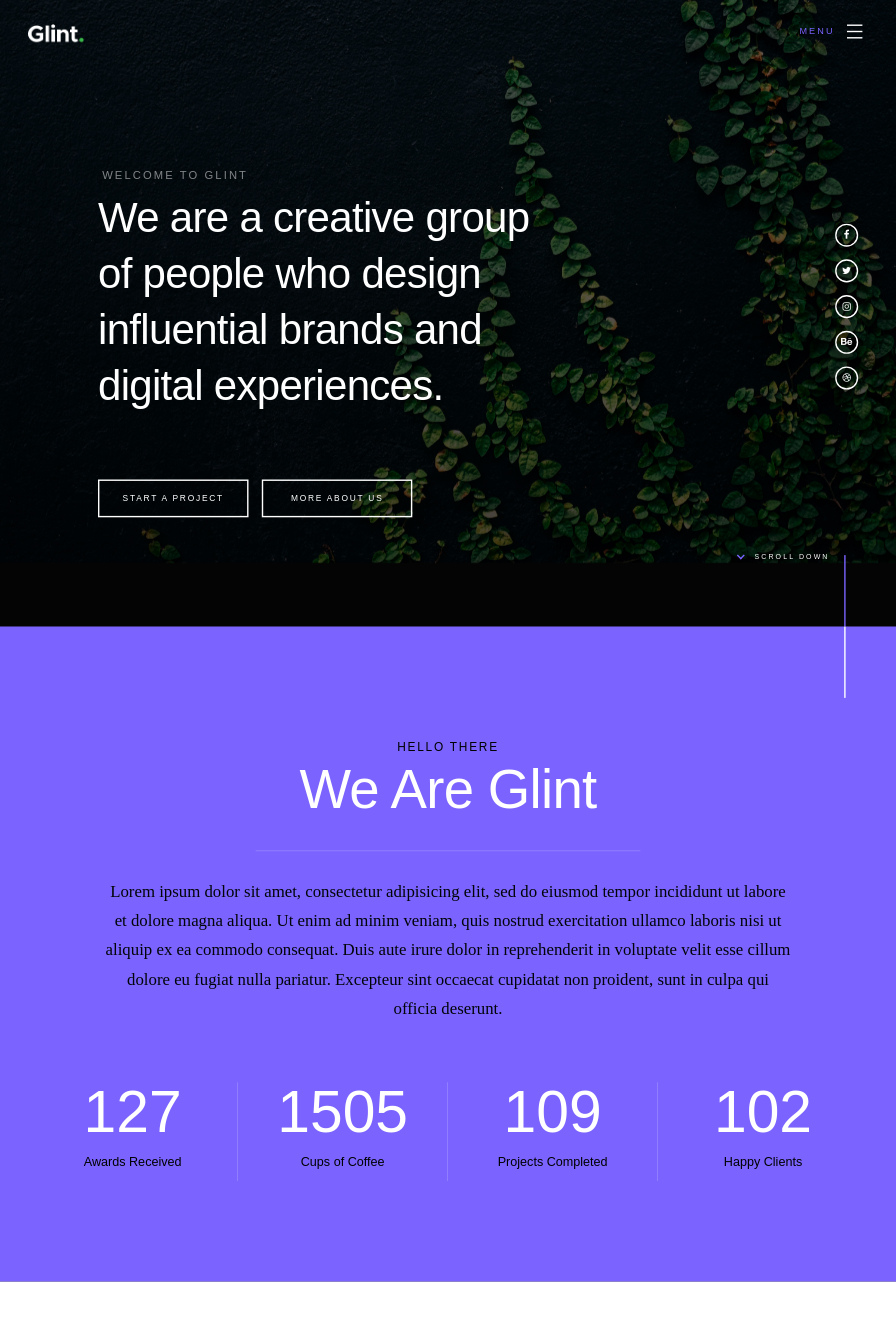
Repository: ahsankalim09/light-Agency
Page: index-2.html
The author's editor kept a copy of each file at every save. The page is drawn from the files as they stood at one save, then again after the next save.
The browser window is 1280 px wide. The pictures show the part of the page from y = 0 to 1920 px (the page is 8556 px tall), at 70% of full size.
Some web fonts or font styles are not loaded; a fallback is used.

Above is the page before, as saved 2020-12-27 21:21:18.

### index-2.html
<!DOCTYPE html>
<!--[if lt IE 9 ]><html class="no-js oldie" lang="en"> <![endif]-->
<!--[if IE 9 ]><html class="no-js oldie ie9" lang="en"> <![endif]-->
<!--[if (gte IE 9)|!(IE)]><!-->
<html class="no-js" lang="en">
<!--<![endif]-->

<!-- Mirrored from preview.colorlib.com/theme/glint/index.html by HTTrack Website Copier/3.x [XR&CO'2014], Sun, 27 Dec 2020 13:02:06 GMT -->
<head>

<meta charset="utf-8">
<title>Glint</title>
<meta name="description" content="">
<meta name="author" content="">

<meta name="viewport" content="width=device-width, initial-scale=1">

<link rel="stylesheet" href="css/base.css">
<link rel="stylesheet" href="css/vendor.css">
<link rel="stylesheet" href="css/main.css">

<script src="js/modernizr.js"></script>
<script src="js/pace.min.js"></script>

<link rel="shortcut icon" href="favicon.ico" type="image/x-icon">
<link rel="icon" href="favicon.ico" type="image/x-icon">
</head>
<body id="top">

<header class="s-header">
<div class="header-logo">
<a class="site-logo" href="index-2.html">
<img src="images/logo.png" alt="Homepage">
</a>
</div>
<nav class="header-nav">
<a href="#0" class="header-nav__close" title="close"><span>Close</span></a>
<div class="header-nav__content">
<h3>Navigation</h3>
<ul class="header-nav__list">
<li class="current"><a class="smoothscroll" href="#home" title="home">Home</a></li>
<li><a class="smoothscroll" href="#about" title="about">About</a></li>
<li><a class="smoothscroll" href="#services" title="services">Services</a></li>
<!-- <li><a class="smoothscroll" href="#works" title="works">Works</a></li> -->
<li><a class="smoothscroll" href="#clients" title="clients">Technologies</a></li>
<li><a class="smoothscroll" href="#contact" title="contact">Contact</a></li>
</ul>
<!-- <p>Perspiciatis hic praesentium nesciunt. Et neque a dolorum <a href='#0'>voluptatem</a> porro iusto sequi veritatis libero enim. Iusto id suscipit veritatis neque reprehenderit.</p> -->
<ul class="header-nav__social">
<li>
<a href="#"><i class="fa fa-facebook"></i></a>
</li>
<li>
<a href="#"><i class="fa fa-twitter"></i></a>
</li>
<li>
<a href="#"><i class="fa fa-instagram"></i></a>
</li>
<li>
<a href="#"><i class="fa fa-behance"></i></a>
</li>
<li>
<a href="#"><i class="fa fa-dribbble"></i></a>
</li>
</ul>
</div>
</nav>
<a class="header-menu-toggle" href="#0">
<span class="header-menu-text">Menu</span>
<span class="header-menu-icon"></span>
</a>
</header>

<section id="home" class="s-home target-section" data-parallax="scroll" data-image-src="images/hero-bg.jpg" data-natural-width=3000 data-natural-height=2000 data-position-y=center>
<div class="overlay"></div>
<div class="shadow-overlay"></div>
<div class="home-content">
<div class="row home-content__main">
<h3>Welcome to Glint</h3>
<h1>
We are a creative group <br>
of people who design <br>
influential brands and <br>
digital experiences.
</h1>
<div class="home-content__buttons">
<a href="#contact" class="smoothscroll btn btn--stroke">
Start a Project
</a>
<a href="#about" class="smoothscroll btn btn--stroke">
More About Us
</a>
</div>
</div>
<div class="home-content__scroll">
<a href="#about" class="scroll-link smoothscroll">
<span>Scroll Down</span>
</a>
</div>
<div class="home-content__line"></div>
</div>
<ul class="home-social">
<li>
<a href="#0"><i class="fa fa-facebook" aria-hidden="true"></i><span>Facebook</span></a>
</li>
<li>
<a href="#0"><i class="fa fa-twitter" aria-hidden="true"></i><span>Twiiter</span></a>
</li>
<li>
<a href="#0"><i class="fa fa-instagram" aria-hidden="true"></i><span>Instagram</span></a>
</li>
<li>
<a href="#0"><i class="fa fa-behance" aria-hidden="true"></i><span>Behance</span></a>
</li>
<li>
<a href="#0"><i class="fa fa-dribbble" aria-hidden="true"></i><span>Dribbble</span></a>
</li>
</ul>

</section>

<section id='about' class="s-about">
<div class="row section-header has-bottom-sep" data-aos="fade-up">
<div class="col-full">
<h3 class="subhead subhead--dark">Hello There</h3>
<h1 class="display-1 display-1--light">We Are Glint</h1>
</div>
</div>
<div class="row about-desc" data-aos="fade-up">
<div class="col-full">
<p>
Lorem ipsum dolor sit amet, consectetur adipisicing elit, sed do eiusmod tempor incididunt ut labore et dolore magna aliqua. Ut enim ad minim veniam, quis nostrud exercitation ullamco laboris nisi ut aliquip ex ea commodo consequat. Duis aute irure dolor in reprehenderit in voluptate velit esse cillum dolore eu fugiat nulla pariatur. Excepteur sint occaecat cupidatat non proident, sunt in culpa qui officia deserunt.
</p>
</div>
</div>
<div class="row about-stats stats block-1-4 block-m-1-2 block-mob-full" data-aos="fade-up">
<div class="col-block stats__col ">
<div class="stats__count">127</div>
<h5>Awards Received</h5>
</div>
<div class="col-block stats__col">
<div class="stats__count">1505</div>
<h5>Cups of Coffee</h5>
</div>
<div class="col-block stats__col">
<div class="stats__count">109</div>
<h5>Projects Completed</h5>
</div>
<div class="col-block stats__col">
<div class="stats__count">102</div>
<h5>Happy Clients</h5>
</div>
</div>
<div class="about__line"></div>
</section>

<section id='services' class="s-services">
<div class="row section-header has-bottom-sep" data-aos="fade-up">
<div class="col-full">
<h3 class="subhead">What We Do</h3>
<h1 class="display-2">We’ve got everything you need to launch and grow your business</h1>
</div>
</div>
<div class="row services-list block-1-2 block-tab-full">
<div class="col-block service-item" data-aos="fade-up">
<div class="service-icon">
<i class="icon-paint-brush"></i>
</div>
<div class="service-text">
<h3 class="h2">Brand Identity</h3>
<p>Nemo cupiditate ab quibusdam quaerat impedit magni. Earum suscipit ipsum laudantium.
Quo delectus est. Maiores voluptas ab sit natus veritatis ut. Debitis nulla cumque veritatis.
Sunt suscipit voluptas ipsa in tempora esse soluta sint.
</p>
</div>
</div>
<div class="col-block service-item" data-aos="fade-up">
<div class="service-icon">
<i class="icon-group"></i>
</div>
<div class="service-text">
<h3 class="h2">Illustration</h3>
<p>Nemo cupiditate ab quibusdam quaerat impedit magni. Earum suscipit ipsum laudantium.
Quo delectus est. Maiores voluptas ab sit natus veritatis ut. Debitis nulla cumque veritatis.
Sunt suscipit voluptas ipsa in tempora esse soluta sint.
</p>
</div>
</div>
<div class="col-block service-item" data-aos="fade-up">
<div class="service-icon">
<i class="icon-megaphone"></i>
</div>
<div class="service-text">
<h3 class="h2">Marketing</h3>
<p>Nemo cupiditate ab quibusdam quaerat impedit magni. Earum suscipit ipsum laudantium.
Quo delectus est. Maiores voluptas ab sit natus veritatis ut. Debitis nulla cumque veritatis.
Sunt suscipit voluptas ipsa in tempora esse soluta sint.
</p>
</div>
</div>
<div class="col-block service-item" data-aos="fade-up">
<div class="service-icon">
<i class="icon-earth"></i>
</div>
<div class="service-text">
<h3 class="h2">Web Design</h3>
<p>Nemo cupiditate ab quibusdam quaerat impedit magni. Earum suscipit ipsum laudantium.
Quo delectus est. Maiores voluptas ab sit natus veritatis ut. Debitis nulla cumque veritatis.
Sunt suscipit voluptas ipsa in tempora esse soluta sint.
</p>
</div>
</div>
<div class="col-block service-item" data-aos="fade-up">
<div class="service-icon">
<i class="icon-cube"></i>
</div>
<div class="service-text">
<h3 class="h2">Packaging Design</h3>
<p>Nemo cupiditate ab quibusdam quaerat impedit magni. Earum suscipit ipsum laudantium.
Quo delectus est. Maiores voluptas ab sit natus veritatis ut. Debitis nulla cumque veritatis.
Sunt suscipit voluptas ipsa in tempora esse soluta sint.
</p>
</div>
</div>
<div class="col-block service-item" data-aos="fade-up">
<div class="service-icon"><i class="icon-lego-block"></i></div>
<div class="service-text">
<h3 class="h2">Web Development</h3>
<p>Nemo cupiditate ab quibusdam quaerat impedit magni. Earum suscipit ipsum laudantium.
Quo delectus est. Maiores voluptas ab sit natus veritatis ut. Debitis nulla cumque veritatis.
Sunt suscipit voluptas ipsa in tempora esse soluta sint.
</p>
</div>
</div>
</div>
</section>

<section id='works' class="s-works">
<div class="intro-wrap">
<div class="row section-header has-bottom-sep light-sep" data-aos="fade-up">
<div class="col-full">
<h3 class="subhead">Recent Works</h3>
<h1 class="display-2 display-2--light">We love what we do, check out some of our latest works</h1>
</div>
</div>
</div>
<div class="row works-content">
<div class="col-full masonry-wrap">
<div class="masonry">
<div class="masonry__brick" data-aos="fade-up">
<div class="item-folio">
<div class="item-folio__thumb">
<a href="images/portfolio/gallery/g-shutterbug.jpg" class="thumb-link" title="Shutterbug" data-size="1050x700">
<img src="images/portfolio/lady-shutterbug.jpg" srcset="images/portfolio/lady-shutterbug.jpg 1x, images/portfolio/lady-shutterbug@2x.jpg 2x" alt="">
</a>
</div>
<div class="item-folio__text">
<h3 class="item-folio__title">
Shutterbug
</h3>
<p class="item-folio__cat">
Branding
</p>
</div>
<a href="https://www.behance.net/" class="item-folio__project-link" title="Project link">
<i class="icon-link"></i>
</a>
<div class="item-folio__caption">
<p>Vero molestiae sed aut natus excepturi. Et tempora numquam. Temporibus iusto quo.Unde dolorem corrupti neque nisi.</p>
</div>
</div>
</div>
<div class="masonry__brick" data-aos="fade-up">
<div class="item-folio">
<div class="item-folio__thumb">
<a href="images/portfolio/gallery/g-woodcraft.jpg" class="thumb-link" title="Woodcraft" data-size="1050x700">
<img src="images/portfolio/woodcraft.jpg" srcset="images/portfolio/woodcraft.jpg 1x, images/portfolio/woodcraft@2x.jpg 2x" alt="">
</a>
</div>
<div class="item-folio__text">
<h3 class="item-folio__title">
Woodcraft
</h3>
<p class="item-folio__cat">
Web Design
</p>
</div>
<a href="https://www.behance.net/" class="item-folio__project-link" title="Project link">
<i class="icon-link"></i>
</a>
<div class="item-folio__caption">
<p>Vero molestiae sed aut natus excepturi. Et tempora numquam. Temporibus iusto quo.Unde dolorem corrupti neque nisi.</p>
</div>
</div>
</div>
<div class="masonry__brick" data-aos="fade-up">
<div class="item-folio">
<div class="item-folio__thumb">
<a href="images/portfolio/gallery/g-beetle.jpg" class="thumb-link" title="The Beetle Car" data-size="1050x700">
<img src="images/portfolio/the-beetle.jpg" srcset="images/portfolio/the-beetle.jpg 1x, images/portfolio/the-beetle@2x.jpg 2x" alt="">
</a>
</div>
<div class="item-folio__text">
<h3 class="item-folio__title">
The Beetle
</h3>
<p class="item-folio__cat">
Web Development
</p>
</div>
<a href="https://www.behance.net/" class="item-folio__project-link" title="Project link">
<i class="icon-link"></i>
</a>
<div class="item-folio__caption">
<p>Vero molestiae sed aut natus excepturi. Et tempora numquam. Temporibus iusto quo.Unde dolorem corrupti neque nisi.</p>
</div>
</div>
</div>
<div class="masonry__brick" data-aos="fade-up">
<div class="item-folio">
<div class="item-folio__thumb">
<a href="images/portfolio/gallery/g-grow-green.jpg" class="thumb-link" title="Grow Green" data-size="1050x700">
<img src="images/portfolio/grow-green.jpg" srcset="images/portfolio/grow-green.jpg 1x, images/portfolio/grow-green@2x.jpg 2x" alt="">
</a>
</div>
<div class="item-folio__text">
<h3 class="item-folio__title">
Grow Green
</h3>
<p class="item-folio__cat">
Branding
</p>
</div>
<a href="https://www.behance.net/" class="item-folio__project-link" title="Project link">
<i class="icon-link"></i>
</a>
<div class="item-folio__caption">
<p>Vero molestiae sed aut natus excepturi. Et tempora numquam. Temporibus iusto quo.Unde dolorem corrupti neque nisi.</p>
</div>
</div>
</div>
<div class="masonry__brick" data-aos="fade-up">
<div class="item-folio">
<div class="item-folio__thumb">
<a href="images/portfolio/gallery/g-guitarist.jpg" class="thumb-link" title="Guitarist" data-size="1050x700">
<img src="images/portfolio/guitarist.jpg" srcset="images/portfolio/guitarist.jpg 1x, images/portfolio/guitarist@2x.jpg 2x" alt="">
</a>
</div>
<div class="item-folio__text">
<h3 class="item-folio__title">
Guitarist
</h3>
<p class="item-folio__cat">
Web Design
</p>
</div>
<a href="https://www.behance.net/" class="item-folio__project-link" title="Project link">
<i class="icon-link"></i>
</a>
<div class="item-folio__caption">
<p>Vero molestiae sed aut natus excepturi. Et tempora numquam. Temporibus iusto quo.Unde dolorem corrupti neque nisi.</p>
</div>
</div>
</div>
<div class="masonry__brick" data-aos="fade-up">
<div class="item-folio">
<div class="item-folio__thumb">
<a href="images/portfolio/gallery/g-palmeira.jpg" class="thumb-link" title="Palmeira" data-size="1050x700">
<img src="images/portfolio/palmeira.jpg" srcset="images/portfolio/palmeira.jpg 1x, images/portfolio/palmeira@2x.jpg 2x" alt="">
</a>
</div>
<div class="item-folio__text">
<h3 class="item-folio__title">
Palmeira
</h3>
<p class="item-folio__cat">
Web Design
</p>
</div>
<a href="https://www.behance.net/" class="item-folio__project-link" title="Project link">
<i class="icon-link"></i>
</a>
<div class="item-folio__caption">
<p>Vero molestiae sed aut natus excepturi. Et tempora numquam. Temporibus iusto quo.Unde dolorem corrupti neque nisi.</p>
</div>
</div>
</div>
</div>
</div>
</div>
</section>

<section id="clients" class="s-clients">
<div class="row section-header" data-aos="fade-up">
<div class="col-full">
<h3 class="subhead">Our Clients</h3>
<h1 class="display-2">Glint has been honored to
partner up with these clients</h1>
</div>
</div>
<div class="row clients-outer" data-aos="fade-up">
<div class="col-full">
<div class="clients">
<a href="#0" title="" class="clients__slide"><img src="images/clients/apple.png" /></a>
<a href="#0" title="" class="clients__slide"><img src="images/clients/atom.png" /></a>
<a href="#0" title="" class="clients__slide"><img src="images/clients/blackberry.png" /></a>
<a href="#0" title="" class="clients__slide"><img src="images/clients/dropbox.png" /></a>
<a href="#0" title="" class="clients__slide"><img src="images/clients/envato.png" /></a>
<a href="#0" title="" class="clients__slide"><img src="images/clients/firefox.png" /></a>
<a href="#0" title="" class="clients__slide"><img src="images/clients/joomla.png" /></a>
<a href="#0" title="" class="clients__slide"><img src="images/clients/magento.png" /></a>
</div>
</div>
</div>
<div class="row clients-testimonials" data-aos="fade-up">
<div class="col-full">
<div class="testimonials">
<div class="testimonials__slide">
<p>Qui ipsam temporibus quisquam vel. Maiores eos cumque distinctio nam accusantium ipsum.
Laudantium quia consequatur molestias delectus culpa facere hic dolores aperiam. Accusantium quos qui praesentium corpori.
Excepturi nam cupiditate culpa doloremque deleniti repellat.</p>
<img src="images/avatars/user-01.jpg" alt="Author image" class="testimonials__avatar">
<div class="testimonials__info">
<span class="testimonials__name">Tim Cook</span>
<span class="testimonials__pos">CEO, Apple</span>
</div>
</div>
<div class="testimonials__slide">
<p>Excepturi nam cupiditate culpa doloremque deleniti repellat. Veniam quos repellat voluptas animi adipisci.
Nisi eaque consequatur. Quasi voluptas eius distinctio. Atque eos maxime. Qui ipsam temporibus quisquam vel.</p>
<img src="images/avatars/user-05.jpg" alt="Author image" class="testimonials__avatar">
<div class="testimonials__info">
<span class="testimonials__name">Sundar Pichai</span>
<span class="testimonials__pos">CEO, Google</span>
</div>
</div>
<div class="testimonials__slide">
<p>Repellat dignissimos libero. Qui sed at corrupti expedita voluptas odit. Nihil ea quia nesciunt. Ducimus aut sed ipsam.
Autem eaque officia cum exercitationem sunt voluptatum accusamus. Quasi voluptas eius distinctio.</p>
<img src="images/avatars/user-02.jpg" alt="Author image" class="testimonials__avatar">
<div class="testimonials__info">
<span class="testimonials__name">Satya Nadella</span>
<span class="testimonials__pos">CEO, Microsoft</span>
</div>
</div>
</div>
</div>
</div>
</section>

<section id="contact" class="s-contact">
<div class="overlay"></div>
<div class="contact__line"></div>
<div class="row section-header" data-aos="fade-up">
<div class="col-full">
<h3 class="subhead">Contact Us</h3>
<h1 class="display-2 display-2--light">Reach out for a new project or just say hello</h1>
</div>
</div>
<div class="row contact-content" data-aos="fade-up">
<div class="contact-primary">
<h3 class="h6">Send Us A Message</h3>
<form name="contactForm" id="contactForm" method="post" action="#" novalidate="novalidate">
<fieldset>
<div class="form-field">
<input name="contactName" type="text" id="contactName" placeholder="Your Name" value="" minlength="2" required="" aria-required="true" class="full-width">
</div>
<div class="form-field">
<input name="contactEmail" type="email" id="contactEmail" placeholder="Your Email" value="" required="" aria-required="true" class="full-width">
</div>
<div class="form-field">
<input name="contactSubject" type="text" id="contactSubject" placeholder="Subject" value="" class="full-width">
</div>
<div class="form-field">
<textarea name="contactMessage" id="contactMessage" placeholder="Your Message" rows="10" cols="50" required="" aria-required="true" class="full-width"></textarea>
</div>
<div class="form-field">
<button class="full-width btn--primary">Submit</button>
<div class="submit-loader">
<div class="text-loader">Sending...</div>
<div class="s-loader">
<div class="bounce1"></div>
<div class="bounce2"></div>
<div class="bounce3"></div>
</div>
</div>
 </div>
</fieldset>
</form>

<div class="message-warning">
Something went wrong. Please try again.
</div>

<div class="message-success">
Your message was sent, thank you!<br>
</div>
</div>
<div class="contact-secondary">
<div class="contact-info">
<h3 class="h6 hide-on-fullwidth">Contact Info</h3>
<div class="cinfo">
<h5>Where to Find Us</h5>
<p>
1600 Amphitheatre Parkway<br>
Mountain View, CA<br>
94043 US
</p>
</div>
<div class="cinfo">
<h5>Email Us At</h5>
<p>
 <a href="https://preview.colorlib.com/cdn-cgi/l/email-protection" class="__cf_email__" data-cfemail="ccafa3a2b8adafb88caba0a5a2b8bfa5b8a9e2afa3a1">[email&#160;protected]</a><br>
<a href="https://preview.colorlib.com/cdn-cgi/l/email-protection" class="__cf_email__" data-cfemail="731a1d151c33141f1a1d07001a07165d101c1e">[email&#160;protected]</a>
</p>
</div>
<div class="cinfo">
<h5>Call Us At</h5>
<p>
Phone: (+63) 555 1212<br>
Mobile: (+63) 555 0100<br>
Fax: (+63) 555 0101
</p>
</div>
<ul class="contact-social">
<li>
<a href="#"><i class="fa fa-facebook" aria-hidden="true"></i></a>
</li>
<li>
<a href="#"><i class="fa fa-twitter" aria-hidden="true"></i></a>
</li>
<li>
<a href="#"><i class="fa fa-instagram" aria-hidden="true"></i></a>
</li>
<li>
<a href="#"><i class="fa fa-behance" aria-hidden="true"></i></a>
</li>
<li>
<a href="#"><i class="fa fa-dribbble" aria-hidden="true"></i></a>
</li>
</ul>
</div>
</div>
</div>
</section>

<footer>
<div class="row footer-main">
<div class="col-six tab-full left footer-desc">
<div class="footer-logo"></div>
Proin eget tortor risus. Mauris blandit aliquet elit, eget tincidunt nibh pulvinar a. Praesent sapien massa, convallis a pellentesque nec, egestas non nisi. Mauris blandit aliquet elit, eget tincidunt nibh pulvinar a. Nulla porttitor accumsan tincidunt. Nulla porttitor accumsan tincidunt. Quaerat voluptas autem necessitatibus vitae aut.
</div>
<div class="col-six tab-full right footer-subscribe">
<h4>Get Notified</h4>
<p>Quia quo qui sed odit. Quaerat voluptas autem necessitatibus vitae aut non alias sed quia. Ut itaque enim optio ut excepturi deserunt iusto porro.</p>
<div class="subscribe-form">
<form id="mc-form" class="group" novalidate="true">
<input type="email" value="" name="EMAIL" class="email" id="mc-email" placeholder="Email Address" required="">
<input type="submit" name="subscribe" value="Subscribe">
<label for="mc-email" class="subscribe-message"></label>
</form>
</div>
</div>
</div>
<div class="row footer-bottom">
<div class="col-twelve">
<div class="copyright">
<span>© Copyright Glint 2017</span>
<span>Site Template by <a href="https://www.colorlib.com/">Colorlib</a></span>
</div>
<div class="go-top">
<a class="smoothscroll" title="Back to Top" href="#top"><i class="icon-arrow-up" aria-hidden="true"></i></a>
</div>
</div>
</div>
</footer>

<div aria-hidden="true" class="pswp" role="dialog" tabindex="-1">
<div class="pswp__bg"></div>
<div class="pswp__scroll-wrap">
<div class="pswp__container">
<div class="pswp__item"></div>
<div class="pswp__item"></div>
<div class="pswp__item"></div>
</div>
<div class="pswp__ui pswp__ui--hidden">
<div class="pswp__top-bar">
<div class="pswp__counter"></div><button class="pswp__button pswp__button--close" title="Close (Esc)"></button> <button class="pswp__button pswp__button--share" title="Share"></button> <button class="pswp__button pswp__button--fs" title="Toggle fullscreen"></button> <button class="pswp__button pswp__button--zoom" title="Zoom in/out"></button>
<div class="pswp__preloader">
<div class="pswp__preloader__icn">
<div class="pswp__preloader__cut">
<div class="pswp__preloader__donut"></div>
</div>
</div>
</div>
</div>
<div class="pswp__share-modal pswp__share-modal--hidden pswp__single-tap">
<div class="pswp__share-tooltip"></div>
</div><button class="pswp__button pswp__button--arrow--left" title="Previous (arrow left)"></button> <button class="pswp__button pswp__button--arrow--right" title="Next (arrow right)"></button>
<div class="pswp__caption">
<div class="pswp__caption__center"></div>
</div>
</div>
</div>
</div>

<div id="preloader">
<div id="loader">
<div class="line-scale-pulse-out">
<div></div>
<div></div>
<div></div>
<div></div>
<div></div>
</div>
</div>
</div>

<script data-cfasync="false" src="../../cdn-cgi/scripts/5c5dd728/cloudflare-static/email-decode.min.js"></script><script src="js/jquery-3.2.1.min.js"></script>
<script src="js/plugins.js"></script>
<script src="js/main.js"></script>
</body>

<!-- Mirrored from preview.colorlib.com/theme/glint/index.html by HTTrack Website Copier/3.x [XR&CO'2014], Sun, 27 Dec 2020 13:02:06 GMT -->
</html>

Loaded but not shown: css/base.css (library); css/vendor.css (library); js/modernizr.js (library); js/pace.min.js (library); css/font-awesome/css/font-awesome.min.css (library); css/micons/micons.css (library); js/jquery-3.2.1.min.js (library); js/plugins.js (library); js/main.js (library); css/main.css (2964 lines, source omitted)

After the next save:
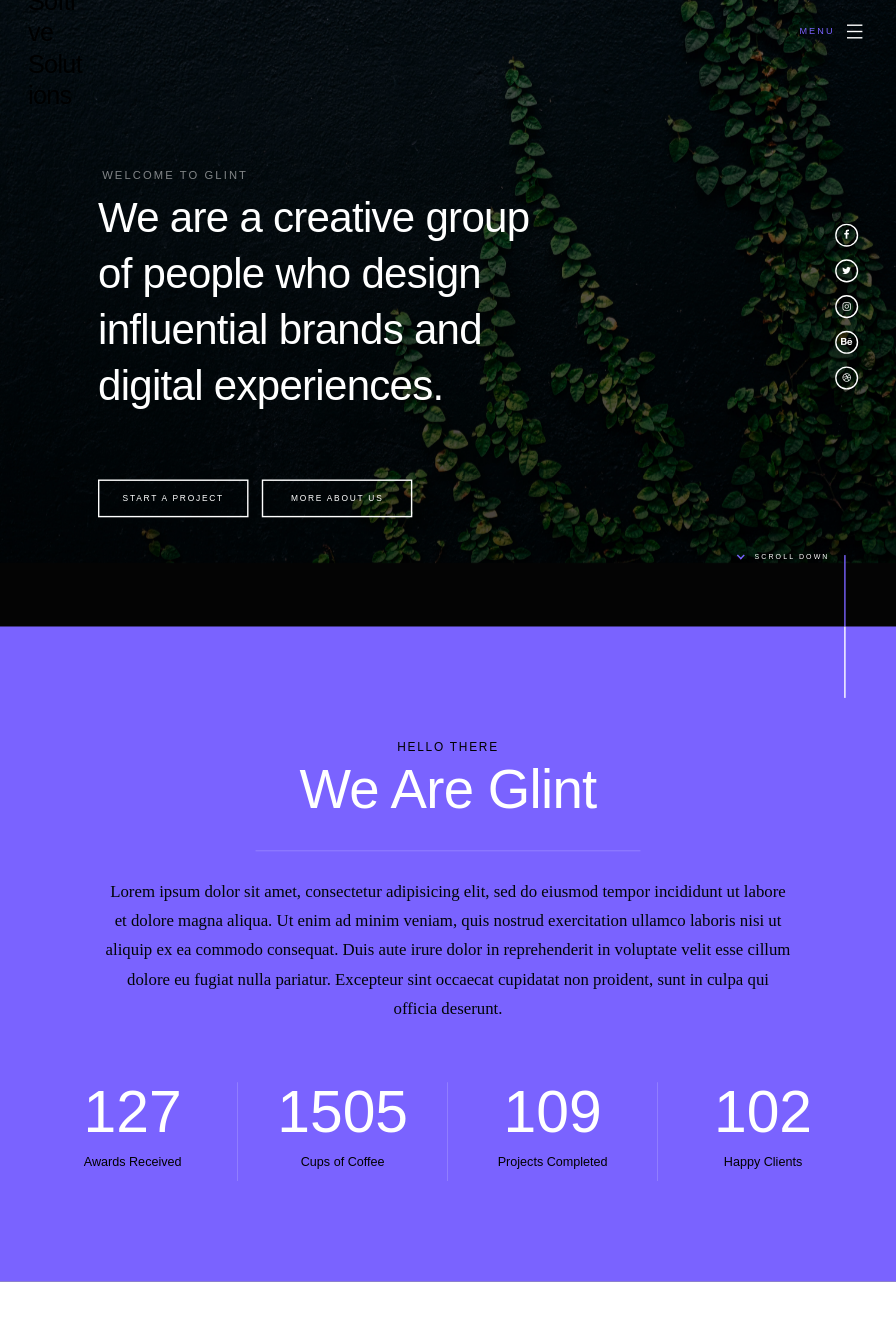
Saved 20 s later.
--- a/index-2.html
+++ b/index-2.html
@@ -30,7 +30,8 @@
 <header class="s-header">
 <div class="header-logo">
 <a class="site-logo" href="index-2.html">
-<img src="images/logo.png" alt="Homepage">
+<!-- <img src="images/logo.png" alt="Homepage"> -->
+<h1>Softive Solutions</h1>
 </a>
 </div>
 <nav class="header-nav">
